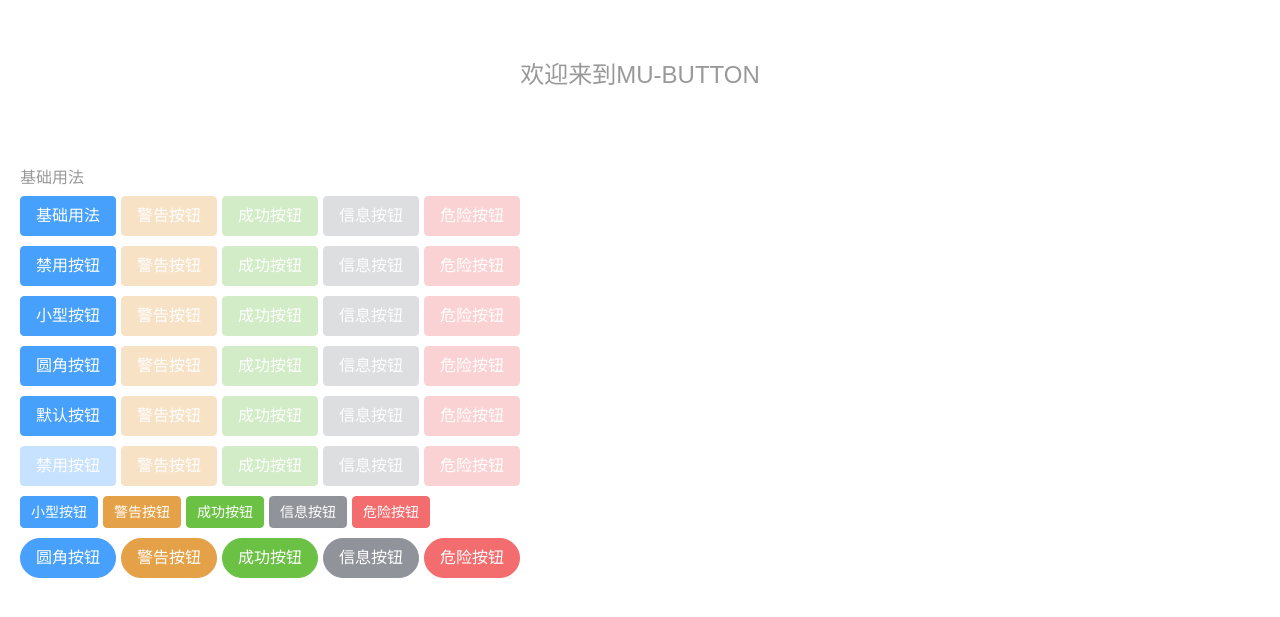
Repository: HuoXiaoYe/huoxiaoye_mumu
Page: /
These files come from the project's save history. The page is drawn as it stood at one moment and after the next save; the edit follows.
The browser window is 1280 px wide. The pictures show the whole page.
The project was rebuilt for these pictures with package versions that can differ from the ones it lists, and the page was loaded fresh each time.

Above is the page before, as saved 2020-07-04 18:50:35.

### src/App.tsx
import React from 'react';
import './App.css';
import "@/assets/less/reset.less"
import ButtonWrap from "./pages/buttonWrap/buttonWrap"

function App() {
  return (
    <div className="App">
      <ButtonWrap />
    </div>
  );
}

export default App;

### src/pages/buttonWrap/buttonWrap.tsx
import React, { useState } from "react"
import "./index.less"
import MUButton from "../../components/button/button"
import Title from "../components/title/title"
import { ButtonType } from "@/tsconfig/MUButton"


interface Ibutton {
    type: ButtonType,
    value: string
}




const BUTTONDESC: string[] = ['基础用法', '禁用按钮', '小型按钮', '圆角按钮'];
const getNode: (item: Ibutton, n: number) => React.ReactNode = (item, n) => {
    switch (n) {
        case 0:
            return <li key={item.type}><MUButton type={item.type}>{item.value}</MUButton></li>;
        case 1:
            return <li key={item.type}><MUButton type={item.type} disabled={true}>{item.value}</MUButton></li>
        case 2:
            return <li key={item.type}><MUButton type={item.type} size="small">{item.value}</MUButton></li>;
        case 3:
            return <li key={item.type}><MUButton circle={true} type={item.type}>{item.value}</MUButton></li>;
    }

}

function ButtonWrap() {
    const [buttonList] = useState<Ibutton[]>([
        {
            type: "warning",
            value: "警告按钮"
        },
        {
            type: "success",
            value: "成功按钮"
        },
        {
            type: "info",
            value: "信息按钮"
        },
        {
            type: "danger",
            value: "危险按钮"
        }
    ])
    function handleClick(q?: number, w?: number, e?: number) {
        console.log('q', q)
        console.log('w', w)
        console.log('e', e)
    }
    return (
        <div className="button-wrap">
            <Title type="first">MU-BUTTON</Title>
            <div className="button-item">
                <Title type="second">基础用法</Title>

                {
                    BUTTONDESC.map((item, index) => {
                        return <ul>
                            <li><MUButton>{item}</MUButton></li>
                            {
                                buttonList.map((inneritem) => {
                                    return (
                                        getNode(inneritem, 1)
                                    )
                                })
                            }
                        </ul>
                    })
                }



                <ul>
                    <li><MUButton>默认按钮</MUButton></li>
                    {
                        buttonList.map((item) => {
                            return (
                                getNode(item, 1)
                            )
                        })
                    }
                </ul>
                <ul>
                    <li><MUButton disabled={true}>禁用按钮</MUButton></li>
                    {
                        buttonList.map((item) => {
                            return (
                                <li key={item.type}><MUButton type={item.type} disabled={true}>{item.value}</MUButton></li>
                            )
                        })
                    }
                </ul>

                <ul>
                    <li><MUButton size="small">小型按钮</MUButton></li>
                    {
                        buttonList.map((item) => {
                            return (
                                <li key={item.type}><MUButton type={item.type} size="small">{item.value}</MUButton></li>
                            )
                        })
                    }
                </ul>


                <ul>
                    <li><MUButton circle={true} onClick={handleClick}>圆角按钮</MUButton></li>
                    {
                        buttonList.map((item) => {
                            return (
                                <li key={item.type}><MUButton circle={true} type={item.type}>{item.value}</MUButton></li>
                            )
                        })
                    }
                </ul>
            </div>

        </div>
    )
}

export default ButtonWrap

### src/pages/buttonWrap/index.less
@import '@/assets/less/common.less';

.button-wrap{

    .button-item{
        padding: 20px;

        ul{
            margin-top: 5px;
            display: flex;
            flex-wrap: wrap;
            li{
                margin-right: 5px;
                margin-top: 5px;
            }
        }
    }
}

### src/components/button/button.tsx
import React, { useEffect,useState } from 'react'
import { IProps } from "@/tsconfig/MUButton"
import "./index.less"




function MUButton(props: IProps) {
    const [btnClass,setBtnClass] = useState<string[]>(['mu-button'])
    useEffect(() => {
        let tempBtnClass:string[] = []
        if(props.type){
            tempBtnClass.push('mu-' + props.type)
        }else{
            tempBtnClass.push('mu-primary')
        }
        if(props.size){
            tempBtnClass.push('mu-' + props.size)
        }else{
            tempBtnClass.push('mu-normal')
        }
        if(props.disabled){
            tempBtnClass.push('mu-disabled')
        }
        if(props.circle){
            tempBtnClass.push('mu-circle')
        }
        setBtnClass([...btnClass,...tempBtnClass])
    // eslint-disable-next-line react-hooks/exhaustive-deps
    },[props])
    const handleClick = (e: React.MouseEvent<HTMLButtonElement | HTMLAnchorElement, MouseEvent>) => {
        const { onClick } = props;
        if (props.disabled) {
          return;
        }
        if (onClick) {
          (onClick as React.MouseEventHandler<HTMLButtonElement | HTMLAnchorElement>)(e);
        }
      };
    return (
        <button type="button" onClick={handleClick} className={btnClass.join(' ')} disabled={props.disabled}>
            {/* <i className="lake-loading"></i>
            <slot className="icon"></slot> */}

            {
                props.children
            }
        </button >
    )
}

export default MUButton

### src/pages/components/title/title.tsx
/* eslint-disable react-hooks/exhaustive-deps */
import React, {useState,useEffect} from "react"
import "./index.less"

type titleType = 'first' | 'second'

interface IProps {
    type : titleType,
    children?:any
}

function Title(props:IProps){
    const [,setClassName ]= useState<titleType>('first');
    useEffect(()=>{
        setClassName(props.type)
    })

    return (
        <div className="title-wrap">
            {
                props.type === 'first' ?
                <div className="firse-level">
                    欢迎来到
                    {
                        props.children
                    }
                </div>:
                <div className="second-level">
                    {
                        props.children
                    }
                </div>
            }
        </div>
    )
}

export default Title

### src/assets/less/common.less
@charset "utf-8";html{background-color:#fff;color:#000;font-size:12px}
body,ul,ol,dl,dd,h1,h2,h3,h4,h5,h6,figure,form,fieldset,legend,input,textarea,button,p,blockquote,th,td,pre,xmp{margin:0;padding:0}
body,input,textarea,button,select,pre,xmp,tt,code,kbd,samp{line-height:1.5;font-family:tahoma,arial,"Hiragino Sans GB",simsun,sans-serif}
h1,h2,h3,h4,h5,h6,small,big,input,textarea,button,select{font-size:100%}
h1,h2,h3,h4,h5,h6{font-family:tahoma,arial,"Hiragino Sans GB","微软雅黑",simsun,sans-serif}
h1,h2,h3,h4,h5,h6,b,strong{font-weight:normal}
address,cite,dfn,em,i,optgroup,var{font-style:normal}
table{border-collapse:collapse;border-spacing:0;text-align:left}
caption,th{text-align:inherit}
ul,ol,menu{list-style:none}
fieldset,img{border:0}
img,object,input,textarea,button,select{vertical-align:middle}
article,aside,footer,header,section,nav,figure,figcaption,hgroup,details,menu{display:block}
audio,canvas,video{display:inline-block;*display:inline;*zoom:1}
blockquote:before,blockquote:after,q:before,q:after{content:"\0020"}
textarea{overflow:auto;resize:vertical}
input,textarea,button,select,a{outline:0 none;border: none;}
button::-moz-focus-inner,input::-moz-focus-inner{padding:0;border:0}
mark{background-color:transparent}
a,ins,s,u,del{text-decoration:none}
sup,sub{vertical-align:baseline}
html {overflow-x: hidden;height: 100%;font-size: 50px;-webkit-tap-highlight-color: transparent;}
body {font-family: Arial, "Microsoft Yahei", "Helvetica Neue", Helvetica, sans-serif;color: #333;font-size: .28em;line-height: 1;-webkit-text-size-adjust: none;}
hr {height: .02rem;margin: .1rem 0;border: medium none;border-top: .02rem solid #cacaca;}
a {color: #25a4bb;text-decoration: none;}

### src/components/button/index.less
@btnPrefixClass:mu;
@brand-primary:#46a0fc;
@brand-error: #e5a147;
@brand-info: #909399;
@brand-danger: #f36d6f;
.btnType(@color){
    color: #fff;
    background-color: @color;
    border-color: @color;
}
@brand-success: #6ac144;
    .@{btnPrefixClass}-button {
        display: block;
        outline: 0 none;
        box-sizing: border-box;
        padding: 13px 15px;
        text-align: center;
        font-size: 16px;
        // width: 100%;
        min-width: 64px;
        height: 48px;
        line-height: 22px;
        overflow: hidden;
        text-overflow: ellipsis;
        word-break: break-word;
        white-space: nowrap;
        color: #333;
        background-color: #fff;
        border: 1px solid #D8DEE6;
        border-radius: 4px;
        user-select: none;
        -webkit-tap-highlight-color: rgba(0, 0, 0, 0);
        -webkit-appearance: none;
        -webkit-font-smoothing: antialiased;
    }
    .mu-primary {
        color: #fff;
        background-color: @brand-primary;
        border-color: @brand-primary;
        line-height: 48px;
    }
    .mu-warning {
        color: #fff;
        background-color: @brand-error;
        border-color: @brand-error;
    }
    .mu-success{
        color: #fff;
        background-color: @brand-success;
        border-color: @brand-success;
    }
    .mu-info{
        .btnType(@brand-info)
    }
    .mu-danger{
        .btnType(@brand-danger)
    }
    .mu-outline {
        color: @brand-primary;
        background-color: #fff;
        border-color: #008DFC;
    }
    .mu-small {
        font-size: 14px;
        height: 32px;
        line-height: 20px;
        padding: 5px 10px;
    }

    .mu-normal {
        font-size: 16px;
        height: 40px;
        line-height: 22px;
        padding: 8px 15px;
    }

    .mu-inline {
        display: inline-block;
        vertical-align: top;
        width: auto;
    }
    .mu-loading {
        display: flex;
        align-items: center;
        justify-content: center;
    }
    .mu-disabled{
        opacity: 0.3;
    }
    .mu-circle{
        border-radius: 20px;
    }
    .mu-loading {
        display: block;
        width: 12px;
        height: 12px;
        margin-right: 6px;
        border: 2px solid #e8e8e8;
        border-top-color: #c5c5c5;
        border-radius: 100%;
        animation: rotation 0.5s linear 0s infinite;
    }

    @keyframes rotation {
        from {
            transform: rotate(0deg);
        }
        to {
            transform: rotate(359deg);
        }
    }

### src/pages/components/title/index.less
.title-wrap{
    .firse-level{
        height: 150px;
        line-height: 150px;
        font-size: 24px;
        color: #999;
        text-align: center;
    }
    .second-level{
        font-size:16px;
        color: #999;
        text-align: left;
    }
}

Loaded but not shown: public/index.html (common file); src/index.tsx (common file); src/index.css (common file); src/App.css (common file); src/assets/less/reset.less (common file)

After the next save:
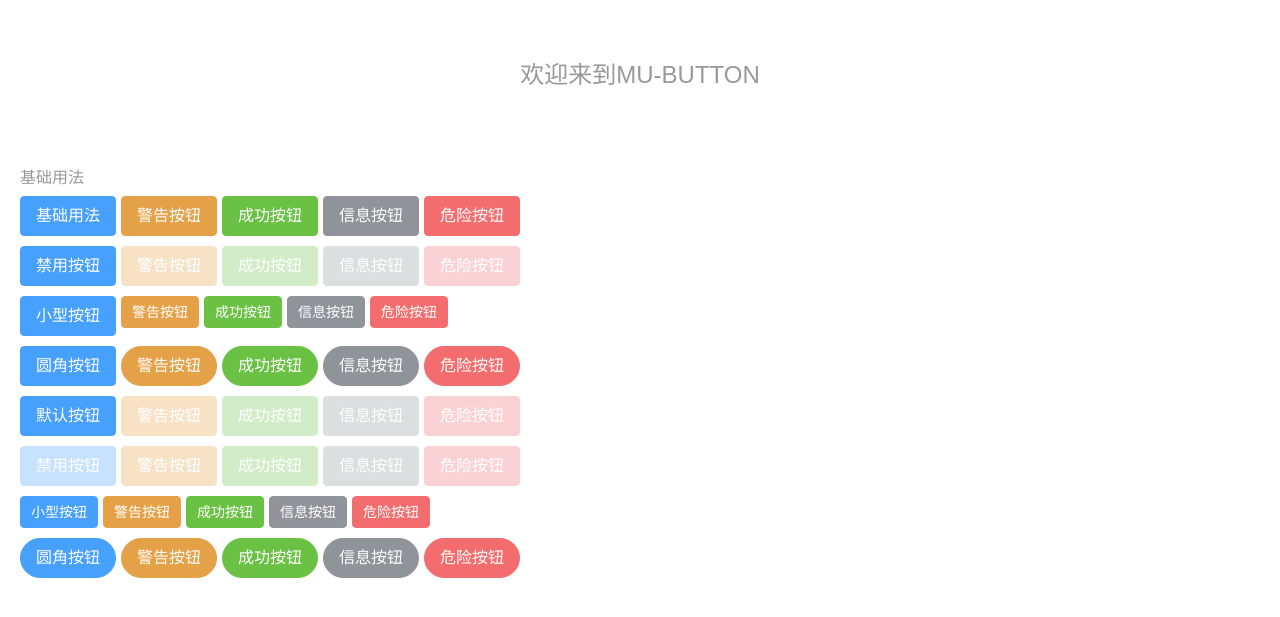
Saved 4 s later.
--- a/src/pages/buttonWrap/buttonWrap.tsx
+++ b/src/pages/buttonWrap/buttonWrap.tsx
@@ -65,7 +65,7 @@ function ButtonWrap() {
                             {
                                 buttonList.map((inneritem) => {
                                     return (
-                                        getNode(inneritem, 1)
+                                        getNode(inneritem, index)
                                     )
                                 })
                             }
